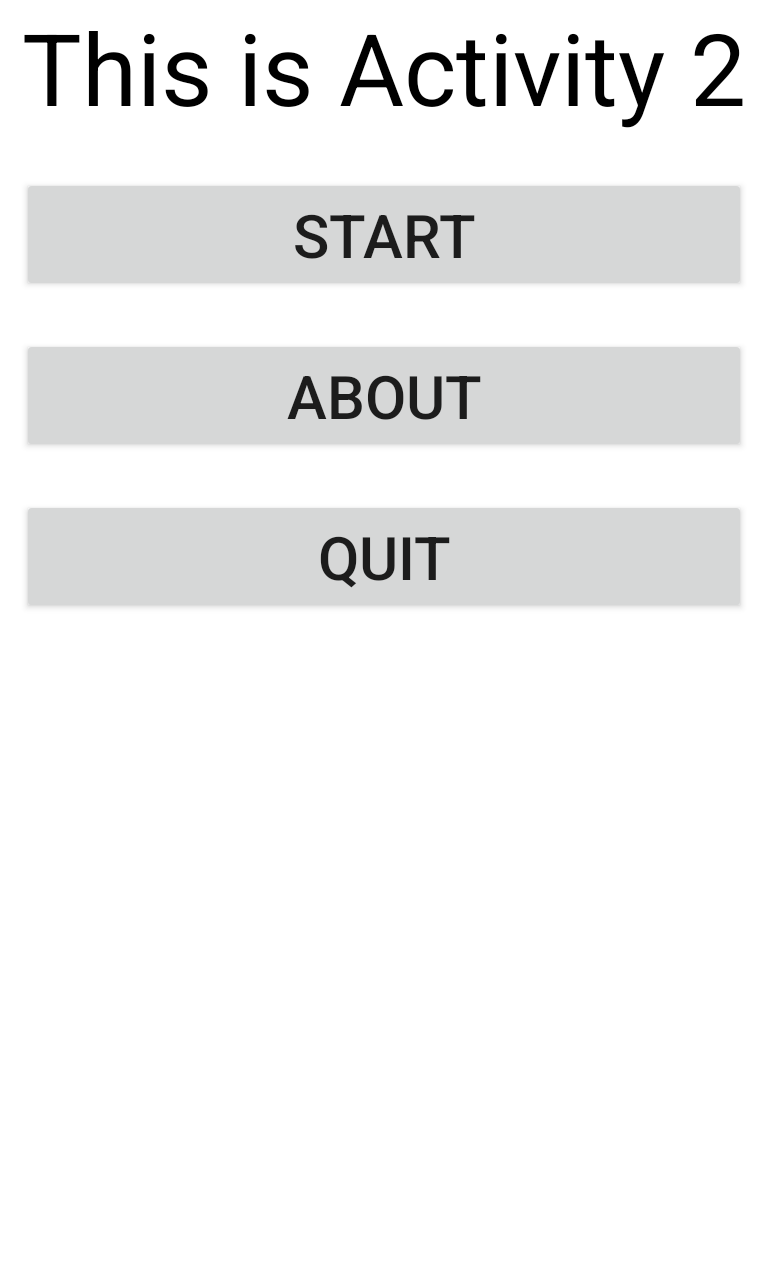
Repository: Stamenov96/NeuralNetowork
Layout: DigitRecognition/res/layout/main2.xml
The author's editor kept a copy of each file at every save. The layout is drawn from the files as they stood at one save, then again after the next save.
It is drawn on a 768 x 1280 px phone screen (xhdpi) without system bars, with theme AppTheme; the app's code is not run.

Above is the layout before, as saved 2015-02-13 16:06:06.

### DigitRecognition/res/layout/main2.xml
<?xml version="1.0" encoding="utf-8"?>
<LinearLayout xmlns:android="http://schemas.android.com/apk/res/android"
    android:layout_width="fill_parent"
    android:layout_height="fill_parent"
    android:background="#ffffff"
    android:orientation="vertical" >

    <TextView
        android:layout_width="fill_parent"
        android:layout_height="wrap_content"
        android:gravity="center_horizontal"
        android:text="This is Activity 2"
        android:textColor="#000000"
        android:textSize="50dp" />

    <Button
        android:id="@+id/Start"
        android:layout_width="fill_parent"
        android:layout_height="wrap_content"
        android:layout_marginLeft="10dip"
        android:layout_marginRight="10dip"
        android:layout_marginTop="20dip"
        android:gravity="center_horizontal"
        android:text="Start"
        android:textSize="30dp" />
      <Button
        android:id="@+id/About"
        android:layout_width="fill_parent"
        android:layout_height="wrap_content"
        android:layout_marginLeft="10dip"
        android:layout_marginRight="10dip"
        android:layout_marginTop="20dip"
        android:gravity="center_horizontal"
        android:text="About"
        android:textSize="30dp" />
        <Button
        android:id="@+id/Quit"
        android:layout_width="fill_parent"
        android:layout_height="wrap_content"
        android:layout_marginLeft="10dip"
        android:layout_marginRight="10dip"
        android:layout_marginTop="20dip"
        android:gravity="center_horizontal"
        android:text="Quit"
        android:textSize="30dp" />

</LinearLayout>

### DigitRecognition/res/values/strings.xml
<?xml version="1.0" encoding="utf-8"?>
<resources>

    <string name="app_name">Drawing</string>
    <string name="hello_world">Hello world!</string>
    <string name="action_settings">Settings</string>
    <string name="paint">Paint</string>
    <string name="save">Save</string>
    <string name="about_text">SOME INFO ABOUT THIS APP</string>
    <string name="title">Neural Network</string>

</resources>

Loaded but not shown: DigitRecognition/res/values/styles.xml (common file); DigitRecognition/res/values-v11/styles.xml (common file); DigitRecognition/res/values-v14/styles.xml (common file)

After the next save:
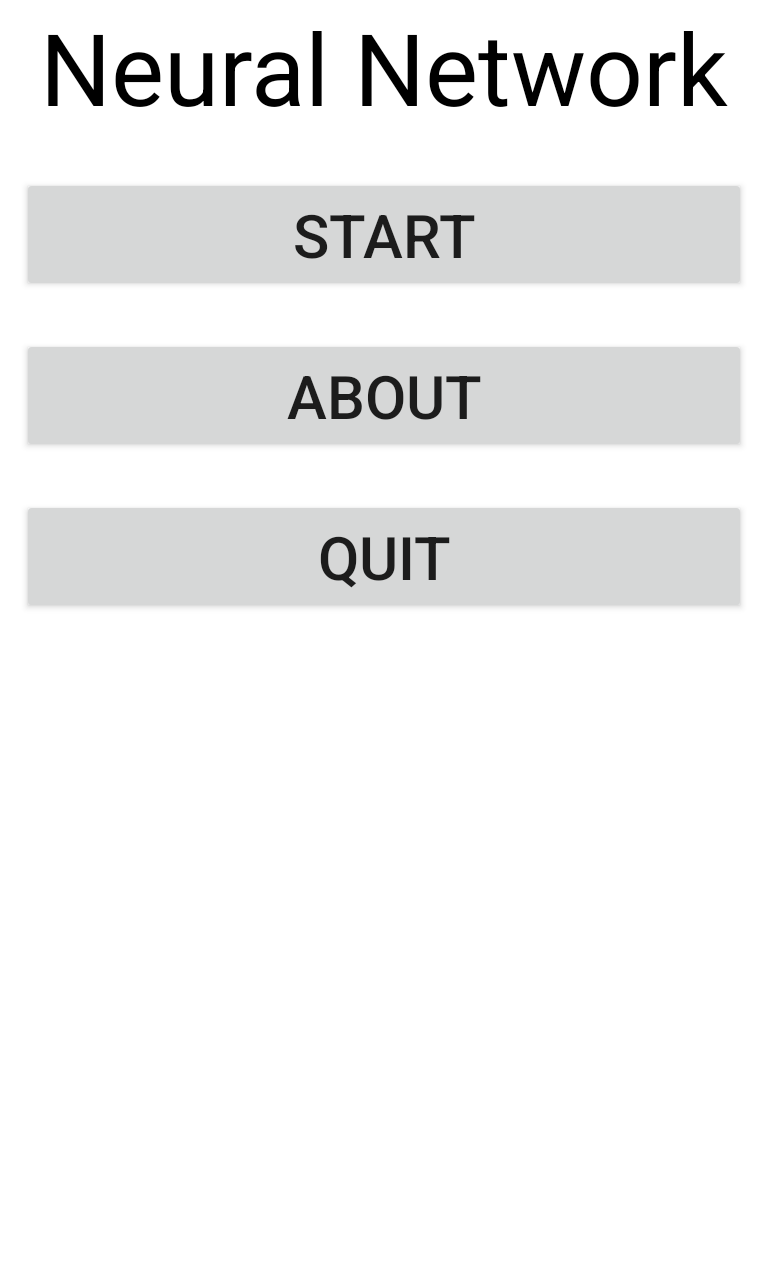
Saved 12 s later.
--- a/DigitRecognition/res/layout/main2.xml
+++ b/DigitRecognition/res/layout/main2.xml
@@ -9,7 +9,7 @@
         android:layout_width="fill_parent"
         android:layout_height="wrap_content"
         android:gravity="center_horizontal"
-        android:text="This is Activity 2"
+        android:text="@string/title"
         android:textColor="#000000"
         android:textSize="50dp" />
 
